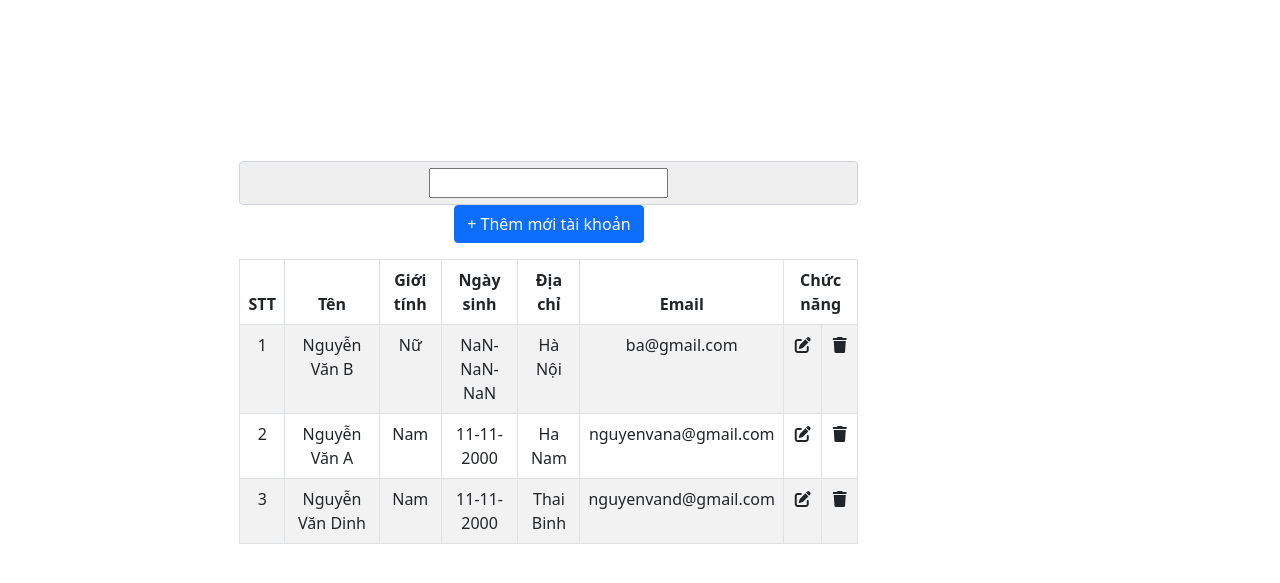
Repository: TinhTT336/MD02_Session12
Page: / (app in client/)
An editor plug-in stored every save of this project. The page is shown before and after the next save, followed by the edit.
The browser window is 1280 px wide. The pictures show the whole page.
The project was rebuilt for these pictures with package versions that can differ from the ones it lists, and the page was loaded fresh each time. Requests to the local data server were answered from the project's data file. Also part of the build but not shown: client/vite.config.js, client/src/components/admin/manager-product/FormAdd.jsx, client/src/components/admin/manager-product/FormEdit.jsx, client/src/pages/product/ListProduct.jsx, client/src/components/admin/manager-user/FormAddUser.jsx, client/src/components/admin/manager-user/FormEditUser.jsx.

Above is the page before, as saved 2023-09-12 09:36:05.

### client/index.html
<!DOCTYPE html>
<html lang="en">
  <head>
    <meta charset="UTF-8" />
    <link rel="icon" type="image/svg+xml" href="/vite.svg" />
    <meta name="viewport" content="width=device-width, initial-scale=1.0" />
    <title>Vite + React</title>
    <link
      href="https://cdn.jsdelivr.net/npm/bootstrap@5.0.2/dist/css/bootstrap.min.css"
      rel="stylesheet"
      integrity="sha384-EVSTQN3/azprG1Anm3QDgpJLIm9Nao0Yz1ztcQTwFspd3yD65VohhpuuCOmLASjC"
      crossorigin="anonymous"
    />
    <link
      rel="stylesheet"
      href="https://cdnjs.cloudflare.com/ajax/libs/font-awesome/6.4.2/css/all.min.css"
      integrity="sha512-z3gLpd7yknf1YoNbCzqRKc4qyor8gaKU1qmn+CShxbuBusANI9QpRohGBreCFkKxLhei6S9CQXFEbbKuqLg0DA=="
      crossorigin="anonymous"
      referrerpolicy="no-referrer"
    />
  </head>
  <body>
    <div id="root"></div>
    <script type="module" src="/src/main.jsx"></script>
  </body>
</html>

### client/src/App.jsx
import { useState } from 'react'
import reactLogo from './assets/react.svg'
import viteLogo from '/vite.svg'
import './App.css'
import ListProduct from './pages/product/ListProduct'
import ListUser from './pages/admin/ListUser'

function App() {
  const [count, setCount] = useState(0)

  return (
    <>
      {/* <ListProduct /> */}
      <ListUser />
    </>
  )
}

export default App

### client/src/pages/admin/ListUser.jsx
import React, { useEffect, useState } from 'react';
import axios from 'axios';// khong co dau ngoac nhon
import { notification } from 'antd';
import FormAddUser from '../../components/admin/manager-user/FormAddUser';
import FormEditUser from '../../components/admin/manager-user/FormEditUser';
import { formatDate } from '../../utils/formatData';

export default function ListUser() {
    const [users, setUsers] = useState([]);
    const [show, setShow] = useState(false);
    const [showEdit, setShowEdit] = useState(false);
    const [idEdit, setIdEdit] = useState(null);
    // goi API lấy tất cả thông tin
    const loadData = () => {
        axios.get("http://localhost:8000/users")
            .then(response => setUsers(response.data))
            .catch(error => console.log(error))
    }

    useEffect(() => {
        loadData();
    }, [])

    // ham xoa du lieu
    const handleDelete = (id) => {
        axios.delete(`http://localhost:8000/users/${id}`)
            .then(response => {
                if (response.status === 200) {
                    notification.success({
                        message: "Thành công!",
                        description: "Xoá tài khoản thành công"
                    });
                    loadData();
                }
            })
            .catch(error => console.log(error))
    }

    // ham hien form them moi
    const handleShow = () => {
        setShow(true);
    }

    // ham dong form them moi
    const handleClose = () => {
        setShow(false);
    }

    // ham hien form edit
    const handleShowEdit = (id) => {
        setShowEdit(true);
        setIdEdit(id);
    }

    // ham dong form edit
    const handleCloseEdit = () => {
        setShowEdit(false);
    }
    return (
        <>
            {/* Form them moi */}
            {show && <FormAddUser handleClose={handleClose} loadData={loadData} />}
            {/* Form edit */}
            {showEdit && <FormEditUser handleCloseEdit={handleCloseEdit} loadData={loadData} idEdit={idEdit} />}
            <div className='container w-75 d-flex align-items-center justify-content-center flex-column m-3'>
                <div className="form-control">
                    <input type="text" name="" id="" />
                </div>
                <div className=''>
                    <button onClick={handleShow} className='btn btn-primary mb-3'>+ Thêm mới tài khoản</button>
                </div>
                <table className='table table-striped table-hover table-bordered'>
                    <thead>
                        <tr>
                            <th style={{ textAlign: "center" }} scope='col'>STT</th>
                            <th style={{ textAlign: "center" }} scope='col'>Tên</th>
                            <th style={{ textAlign: "center" }} scope='col'>Giới tính</th>
                            <th style={{ textAlign: "center" }} scope='col'>Ngày sinh</th>
                            <th style={{ textAlign: "center" }} scope='col'>Địa chỉ</th>
                            <th style={{ textAlign: "center" }} scope='col'>Email</th>
                            <th style={{ textAlign: "center" }} scope='col' colSpan={2}>Chức năng</th>
                        </tr>
                    </thead>
                    <tbody>
                        {users.map((user, index) => (
                            <tr key={user.id}>
                                <td>{index + 1}</td>
                                <td>{user.user_name}</td>
                                <td>{user.gender === 0 ? "Nam" : (user.gender === 1 ? "Nữ" : "Khác")}</td>
                                <td>{formatDate(user.dateOfBirth)}</td>
                                <td>{user.address}</td>
                                <td>{user.email}</td>
                                <td onClick={() => handleShowEdit(user.id)}><i className="fa-solid fa-pen-to-square "></i></td>
                                <td onClick={() => handleDelete(user.id)}><i className="fa-solid fa-trash "></i></td>
                            </tr>
                        ))}
                    </tbody>
                </table>
            </div>
        </>
    )
}

### client/src/utils/formatData.js
/**
 * ham format tien te Viet Nam
 * @param {*} money chuoi tien te can format
 * @returns chuoi tien te da duoc format
 * Author: TinhTT (11/09/2023)
 */
export const formatMoney = (money) => {
  return money.toLocaleString("vi", { style: "currency", currency: "VND" });
};
/**
 * ham dinh dang chuoi thoi gian
 * @param {*} date chuoi thoi gian can dinh dang
 * @returns dinh dang thoi gian theo kieu ngay-thang-nam
 * Author: TinhTT(12/9/2023)
 */
export const formatDate = (date) => {
  // lay ra dinh dang thoi gian cua chuoi dua vao thoi gian thuc
  const today = new Date(date);
  // lay ra nam
  let year = today.getFullYear();
  // lay ra thang
  let month = today.getMonth() + 1;
  if (month > 0 && month < 10) {
    month = `0${month}`;
  }
  // lay ra ngay
  let day = today.getDate();
  // tra ra chuoi can dinh dang
  return `${day}-${month}-${year}`;
};
/**
 * Validate email
 * @param {*} email : chuỗi email cần kiểm tra
 * @returns true nếu đúng định dạng, false nếu sai định dạng
 * Author: NVQUY(12/09/2023)
 */
export const ValidateEmail = (email) => {
  return String(email)
    .toLowerCase()
    .match(
      /^(([^<>()[\]\\.,;:\s@"]+(\.[^<>()[\]\\.,;:\s@"]+)*)|.(".+"))@((\[[0-9]{1,3}\.[0-9]{1,3}\.[0-9]{1,3}\.[0-9]{1,3}\])|(([a-zA-Z\-0-9]+\.)+[a-zA-Z]{2,}))$/
    );
};

### client/src/components/admin/manager-product/product.css
.product-container {
  position: fixed;
  bottom: 0;
  top: 0;
  right: 0;
  left: 0;
  background: rgba(0, 0, 0, 0.6);
  display: flex;
  align-items: center;
  justify-content: center;
  min-height: 100vh;
}
.form-container {
  width: 400px;
  padding: 20px;
  background-color: #fff;
  border: 1px solid #3333;
  border-radius: 4px;
}
.form-control {
  background-color: #efefef;
}

### server/db.json
{
  "users": [
    {
      "email": "ba@gmail.com",
      "password": "$2a$10$dR3OnjgY62k9wRyVo5LbNeqOKyZL54t2fqGn3sQJJPeKdv6eA7BPC",
      "user_name": "Nguyễn Văn B",
      "gender": 1,
      "address": "Hà Nội ",
      "dateOfBirth": "20/01/2004",
      "id": 1
    },
    {
      "email": "nguyenvana@gmail.com",
      "password": "$2a$10$19Cnt/n/J/yqyoAFKDjy4.HmmO9ZH/8PjB0.suBV3eBKrZBomKi1O",
      "user_name": "Nguyễn Văn A",
      "gender": 0,
      "dateOfBirth": "11/11/2000",
      "address": "Ha Nam",
      "id": 2
    },
    {
      "email": "nguyenvand@gmail.com",
      "password": "$2a$10$Tz6cvrc/vgRS4QnEr.4qZ.fK3iOzyYLpUpImKREPYkv/5n3Y6PAG2",
      "user_name": "Nguyễn Văn Dinh",
      "gender": 0,
      "dateOfBirth": "11/11/2000",
      "address": "Thai Binh",
      "id": 3
    }
  ],
  "products": [
    {
      "id": 1,
      "product_name": "Cam sanh",
      "price": 20000,
      "from": "mien Tay"
    },
    {
      "id": 2,
      "product_name": "Cam vàng",
      "price": 40000,
      "from": "mien Tay"
    },
    {
      "product_name": "Chôm chôm",
      "price": 35000,
      "from": "Miền Nam",
      "id": 5
    },
    {
      "product_name": "Ổi hồng",
      "price": 40000,
      "from": "Miền Nam",
      "id": 6
    },
    {
      "product_name": "Bưởi da xanh",
      "price": 56000,
      "from": "Miền Nam",
      "id": 7
    }
  ]
}

Loaded but not shown: client/src/main.jsx (common file); client/src/index.css (common file); client/src/App.css (common file)

After the next save:
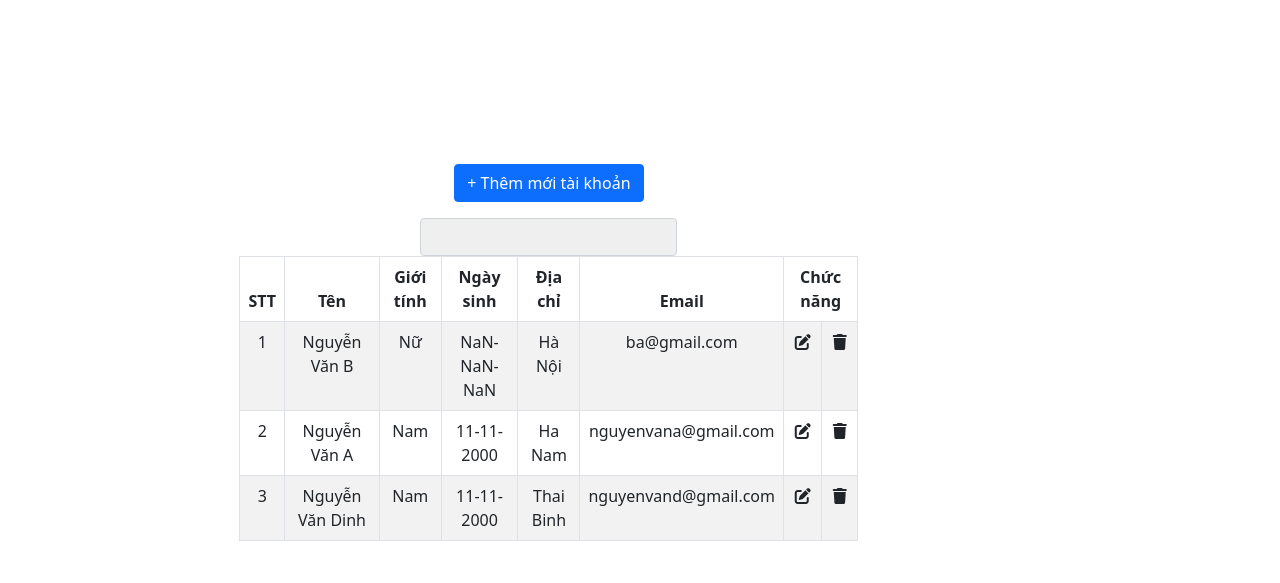
Saved 28 s later.
--- a/client/src/pages/admin/ListUser.jsx
+++ b/client/src/pages/admin/ListUser.jsx
@@ -63,11 +63,9 @@ export default function ListUser() {
             {/* Form edit */}
             {showEdit && <FormEditUser handleCloseEdit={handleCloseEdit} loadData={loadData} idEdit={idEdit} />}
             <div className='container w-75 d-flex align-items-center justify-content-center flex-column m-3'>
-                <div className="form-control">
-                    <input type="text" name="" id="" />
-                </div>
                 <div className=''>
                     <button onClick={handleShow} className='btn btn-primary mb-3'>+ Thêm mới tài khoản</button>
+                    <input type="text" name="" id="" className="form-control" />
                 </div>
                 <table className='table table-striped table-hover table-bordered'>
                     <thead>
